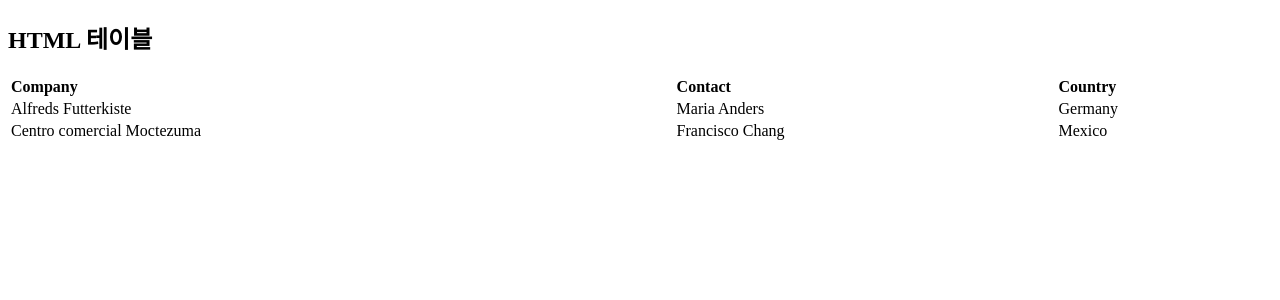
Repository: start-ha/MSA_EDU
Page: WEB/WebFront/WebLabs/Web/src/main/webapp/Ex06_Table.html
An editor plug-in stored every save of this project. The page is shown before and after the next save, followed by the edit.
The browser window is 1280 px wide. The pictures show the whole page.

Above is the page before, as saved 2025-09-16 06:54:27.

After the next save:
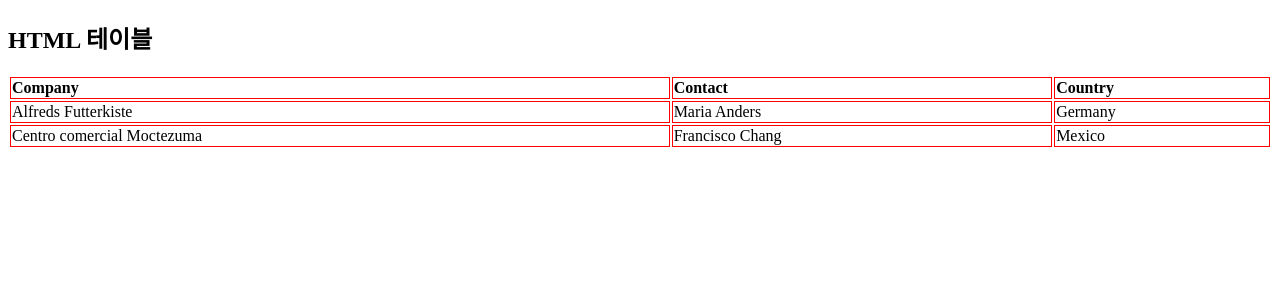
Saved 4 s later.
--- a/WEB/WebFront/WebLabs/Web/src/main/webapp/Ex06_Table.html
+++ b/WEB/WebFront/WebLabs/Web/src/main/webapp/Ex06_Table.html
@@ -6,7 +6,7 @@
 <style type="text/css">
 	table{width: 100%;}
 	th,td{
-		boarder: 1px solid red;
+		border: 1px solid red;
 		text-align: left;
 
 		}
